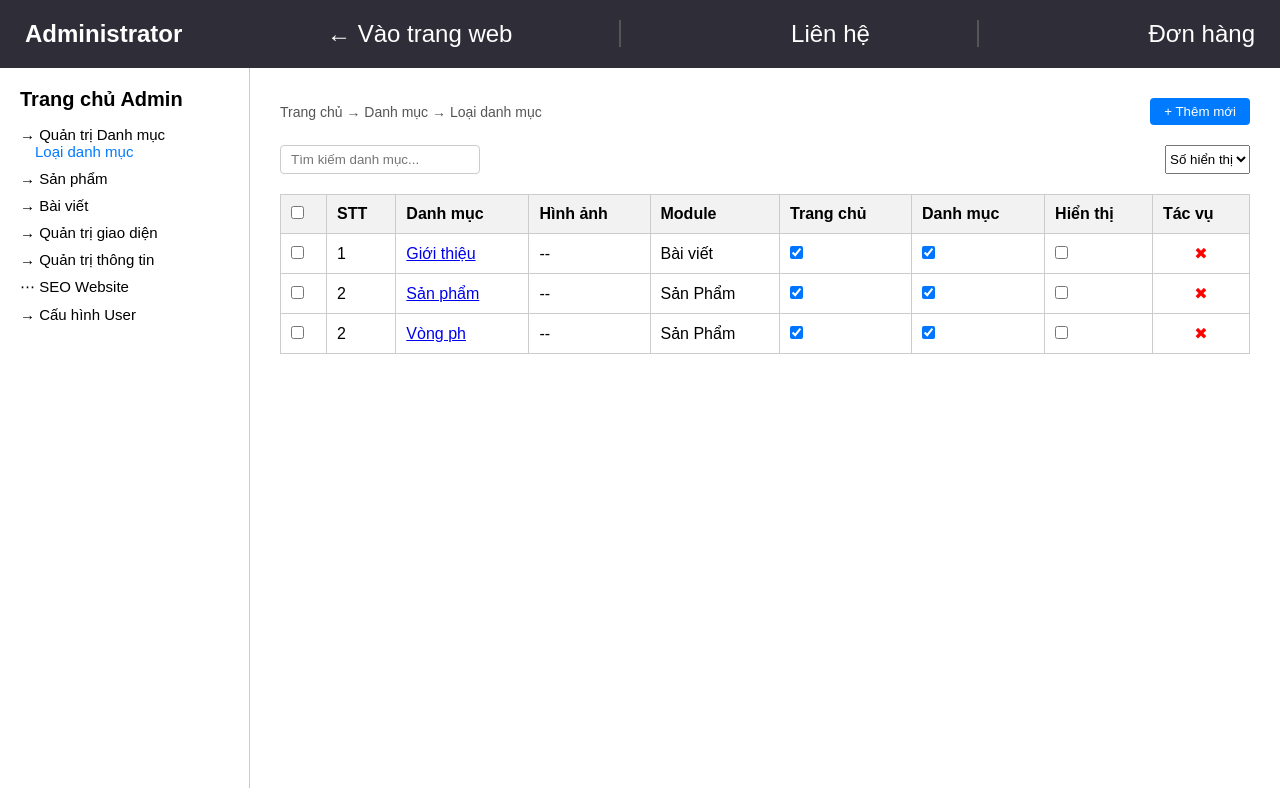
Repository: TranTanDat0606/Du-An-1
Page: Admin]/admin.html
An editor plug-in stored every save of this project. The page is shown before and after the next save, followed by the edit.
The browser window is 1280 px wide. The pictures show the whole page.

Above is the page before, as saved 2025-07-30 15:10:32.

### Admin]/admin.html
<!DOCTYPE html>
<html lang="vi">
<head>
    <meta charset="UTF-8" />
    <meta name="viewport" content="width=device-width, initial-scale=1.0"/>
    <title>Quản lý danh mục</title>
    <link rel="stylesheet" href="admin.css" />
</head>
<body>
    <header class="topbar">
    <div class="topbar-left">Administrator</div>
    <div class="topbar-right">
    <a href="#">← Vào trang web</a>
    <a href="#">Liên hệ</a>
    <a href="#">Đơn hàng</a></div>
</header>
    <div class="admin-container">
    <aside class="sidebar">
    <h2>Trang chủ Admin</h2>
    <ul>
        <li>→ Quản trị Danh mục
    <ul class="submenu">
            <li><a href="#">Loại danh mục</a></li>
    </ul>
        </li>
        <li>→ Sản phẩm</li>
        <li>→ Bài viết</li>
        <li>→ Quản trị giao diện</li>
        <li>→ Quản trị thông tin</li>
        <li>⋯ SEO Website</li>
        <li>→ Cấu hình User</li>
    </ul>
    </aside>
    <main class="main-content">
    <div class="header-bar">
        <span class="breadcrumbs">Trang chủ → Danh mục → Loại danh mục</span>
        <button class="btn-new">+ Thêm mới</button>
    </div>

    <div class="table-toolbar">
        <input type="text" class="search-input" placeholder="Tìm kiếm danh mục..." />
        <select>
    <option>Số hiển thị</option>
        </select>
    </div>
    <table>
        <thead>
    <tr>
            <th><input type="checkbox" /></th>
            <th>STT</th>
            <th>Danh mục</th>
            <th>Hình ảnh</th>
            <th>Module</th>
            <th>Trang chủ</th>
            <th>Danh mục</th>
            <th>Hiển thị</th>
            <th>Tác vụ</th>
    </tr>
        </thead>
        <tbody>
    <tr>
            <td><input type="checkbox" /></td>
            <td>1</td>
            <td><a href="#">Giới thiệu</a></td>
            <td>--</td>
            <td>Bài viết</td>
            <td><input type="checkbox" checked /></td>
            <td><input type="checkbox" checked /></td>
            <td><input type="checkbox" /></td>
            <td class="text-danger">✖</td>
    </tr>
    <tr>
            <td><input type="checkbox" /></td>
            <td>2</td>
            <td><a href="#">Sản phẩm</a></td>
            <td>--</td>
            <td>Sản Phẩm</td>
            <td><input type="checkbox" checked /></td>
            <td><input type="checkbox" checked /></td>
            <td><input type="checkbox" /></td>
            <td class="text-danger">✖</td>
    </tr>
    <tr>
        <td><input type="checkbox" /></td>
        <td>2</td>
        <td><a href="#">Vòng ph</a></td>
        <td>--</td>
        <td>Sản Phẩm</td>
        <td><input type="checkbox" checked /></td>
        <td><input type="checkbox" checked /></td>
        <td><input type="checkbox" /></td>
        <td class="text-danger">✖</td>
    </tr>
        </tbody>
    </table>
    </main>
    </div>
</body>
</html>

### Admin]/admin.css
* {
    margin: 0;
    padding: 0;
    box-sizing: border-box;
    font-family: sans-serif;
}
/* header */
/* Topbar admin */
.topbar {
    background-color: #2f2e38;
    color: white;
    display: flex;
    justify-content: space-between;
    align-items: center;
    padding: 20px 25px;
    font-size: 24px;
}

.topbar-left {
    font-weight: bold;
}

.topbar-right a {
    color: white;
    text-decoration: none;
    margin-left: 100px;
    border-left: 2px solid #555;
    padding-left: 170px
}

.topbar-right a:first-child {
    border-left: none;
    padding-left: 0;
}
body {
    background: #f5f5f5;
}

.admin-container {
    display: flex;
    height: 100vh;
}

/* Sidebar */
.sidebar {
    width: 250px;
    background: #fff;
    border-right: 1px solid #ccc;
    padding: 20px;
}

.sidebar h2 {
    margin-bottom: 15px;
    font-size: 20px;
}

.sidebar ul {
    list-style: none;
}

.sidebar li {
    margin-bottom: 10px;
    font-size: 15px;
}

.sidebar .submenu {
    margin-left: 15px;
}

.sidebar a {
    color: #007bff;
    text-decoration: none;
}

/* Main Content */
.main-content {
    flex: 1;
    padding: 30px;
    background: #fff;
}

.header-bar {
    display: flex;
    justify-content: space-between;
    align-items: center;
}

.breadcrumbs {
    color: #555;
    font-size: 14px;
}

.btn-new {
    background: #007bff;
    color: #fff;
    border: none;
    padding: 6px 14px;
    border-radius: 4px;
    cursor: pointer;
}

.table-toolbar {
    margin: 20px 0;
    display: flex;
    justify-content: space-between;
}

.search-input {
    padding: 6px 10px;
    width: 200px;
    border: 1px solid #ccc;
    border-radius: 4px;
}

table {
    width: 100%;
    border-collapse: collapse;
    background: #fff;
}

table th,
table td {
    border: 1px solid #ccc;
    padding: 10px;
    text-align: left;
}

table th {
    background: #f2f2f2;
}

.text-danger {
    color: red;
    text-align: center;
}

After the next save:
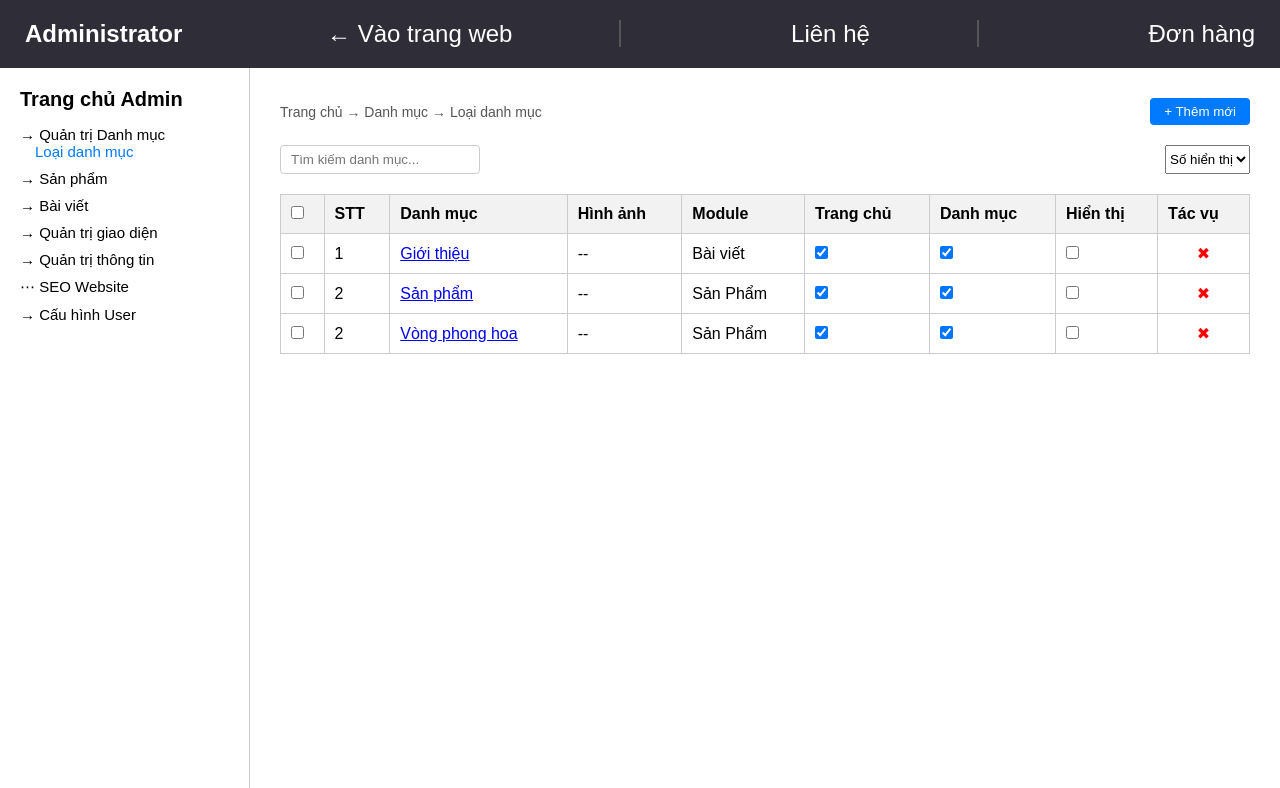
Saved 4 s later.
--- a/Admin]/admin.html
+++ b/Admin]/admin.html
@@ -83,7 +83,7 @@
     <tr>
         <td><input type="checkbox" /></td>
         <td>2</td>
-        <td><a href="#">Vòng ph</a></td>
+        <td><a href="#">Vòng phong hoa</a></td>
         <td>--</td>
         <td>Sản Phẩm</td>
         <td><input type="checkbox" checked /></td>
